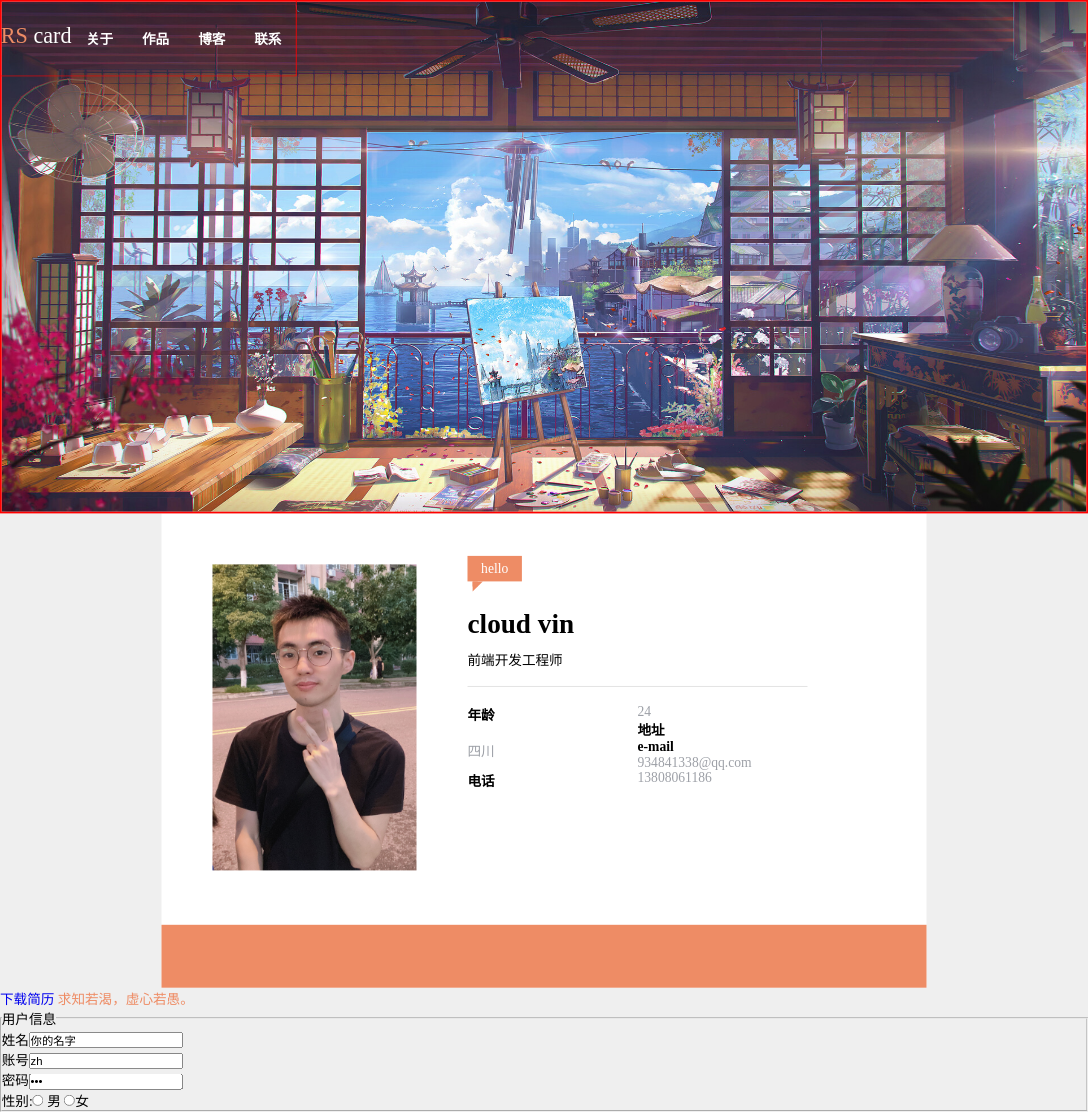
Repository: CloudVin/MyResume
Page: resume.html
The author's editor kept a copy of each file at every save. The page is drawn from the files as they stood at one save, then again after the next save.
The browser window is 1280 px wide. The pictures show the whole page, at 85% of full size.

Above is the page before, as saved 2020-07-05 18:19:50.

### resume.html
<!DOCTYPE html>
<html lang="en">

<head>
    <meta charset="UTF-8">
    <meta name="viewport" content="width=device-width, initial-scale=1.0">
    <title>my resume</title>
    <link rel="stylesheet" href="./style/a.css">
    <script>
        function uncheck() {
            var radio = document.getElementById("nan");
            if (radio.tag == 1) {
                radio.checked = false;
                radio.tag = 0;
            } else {
                radio.checked = true;
                radio.tag = 1;
            }
        }
    </script>
    <script src="http://at.alicdn.com/t/font_1923572_6s8jjadjos.js"></script>
    <style type="text/css">
        .icon {
           width: 1em; height: 1em;
           vertical-align: -0.15em;
           fill: currentColor;
           overflow: hidden;
        }
    </style>
</head>

<body>
    <div class="topNavBar">
        <div class="topNavBar-inner clearfix">
            <a class="logo" href="#" alt="logo" style="float:left;">
                <span class="rs">RS</span>
                <span class="card">card</span>
            </a>

            <nav style="float: right;">

                <ul class="clearfix">
                    <li><a href="#">关于</a>
                    </li>
                    <li><a href="#">作品</a>
                    </li>
                    <li><a href="#">博客</a>
                    </li>
                    <li><a href="#">联系</a>
                    </li>
                </ul>

            </nav>
        </div>
    </div>
    <div class="banner">
        <div class="mask"></div>
    </div>
    <main>
        <div class="userCard">
            <div class="pictureAndText clearfix">
                <div class="picture">
                    <img class="avatar" src="./img/avatar.jpg" alt="头像">
                </div>
                <div class="text">
                    <div class="profile">
                        <span class="welcome">hello</span>
                        <div class="triangle"></div>
                        <h1>cloud vin</h1>
                        <p>前端开发工程师</p>
                        <hr/>
                        <dl>
                            <dt>年龄</dt>
                            <dd>24</dd>
                            <dt>地址</dt>
                            <dd>四川</dd>
                            <dt>e-mail</dt>
                            <dd>934841338@qq.com</dd>
                            <dt>电话</dt>
                            <dd>13808061186</dd>
                        </dl>
                    </div>
                </div>
            </div>
            <footer class="media">
                <a href="#">
                    <svg class="icon" aria-hidden="true">
                        <use xlink:href="#icon-github"></use>
                    </svg>
                </a>
                <a href="#">
                    <svg class="icon" aria-hidden="true">
                        <use xlink:href="#icon-wechat"></use>
                    </svg>
                </a>
                <a href="#">
                    <svg class="icon" aria-hidden="true">
                        <use xlink:href="#icon-ego-blog"></use>
                    </svg>
                </a>
            </footer>
        </div>
        <a class="button" href="#">下载简历</a>
        <a class="test1" href="#">
            求知若渴，虚心若愚。
        </a>
    </main>
    <form>

        <fieldset>
            <legend>用户信息</legend>
            姓名<input type="text" value="你的名字"><br>
            账号<input value="zh"><br>
            密码<input type="password" value="pwd"><br>
            性别:<input type="radio" id="nan" name="radio1" value="male" onclick="uncheck()">
            <lable for="nan">男</lable>
            <input type="radio" id="nv" name="radio1" value="female" onclick="uncheck()"><label for="nv">女</label>
        </fieldset>
    </form>

</body>

</html>

### style/a.css
.clearfix::after{
    content: "";
    display: block;
    clear: both;
}
body{
    background-color: #efefef;
    margin: 0;

}
a{
    text-decoration: none;

}
*{
    margin: 0;
    padding: 0;
}
hr{
    height: 0;
    border: none;
    border-top:1px solid  #dedede;
}
.topNavBar  nav > ul{
    list-style: none;
    margin: 0;
    padding: 0;
}
.topNavBar nav > ul > li{
    float: left;
    margin-left: 17px;
    margin-right: 17px;
}
.topNavBar nav >ul >li >a{
    font-size : 16px;
    color: white;
    text-decoration: none;
    font-weight: bold;
    border-top: 3px solid transparent;
    border-bottom: 3px solid transparent;
    padding-top: 5px;
    padding-bottom: 5px;
    display: block;
}
.topNavBar nav > ul>li>a:hover{
    border-bottom:3px solid #ee8c65;
}
.topNavBar{
    position:fixed;
    padding-top: 24px;
    padding-bottom: 24px;
    z-index: 2;
    top: 0px;
    left: 0px;
    border:1px solid red;

}
.topNavBar .logo{

    font-family: "Cooper Black";
    font-size: 26px;
    padding-top: 3px;
    padding-bottom: 4px;
}
.topNavBar .logo .rs{

    color: #ee8c65;
}
.topNavBar .logo .card{
    color: white;
}
.banner{
    height: 600px;
    background-image: url(./img/ms1.jpg) ;
    background-size:100% 100%;
    z-index: 1;
    position: relative;
    border: 2px solid red;
    margin: 0px;
}
/* .banner .mask{
    height: 600px;
    background-color: rgba(0,0,0,0.5);
} */
.userCard{

    max-width: 900px;

    margin-left: auto;
    margin-right: auto;
    background-color: #ffffff;
}
.avatar{
    height: 360px;
    width: 240px;
    padding: 10px;
}
.welcome{
    background-color: #ee8c65;
    color: white;
    display: inline-block;
    padding: 4px 16px;
    line-height: 22px;
    position: relative;
}
.triangle{
    border:6px solid #ee8c65;
    width: 0px;
    height: 0px;
    border-right-color: transparent;
    border-bottom-color: transparent;
    position: relative;
    left: 6px;
}
.userCard .picture{
    float: left;
}
.userCard .text{
    float: left;
    margin-left: 50px;
    width: 400px;
}
.userCard .pictureAndText{
    padding: 50px;
}
.userCard h1{
    margin-top: 20px;
    margin-bottom: 10px;
}
.userCard .text hr{
margin: 20px 0;
}
.userCard dl dt{
    float: left;
    width: 50%;
    font-weight:bold ;
}
.userCard dl dd{
    float: left;
    width: 50%;
    color: #9da0a7;
}


.userCard .media{
    background-color: #ee8c65;
    text-align: center;
}
.userCard svg{
    width: 30px;
    height: 30px;
    fill: white;
    margin: 10px 10px;
}
.userCard .media a{
    border: 1px solid transparent;
    display: inline-block;
    border-radius: 50%;
    margin: 10px 10px;
}
.userCard .media a:hover{
    background-color: #CF5D5F;
}


.test1{
    cursor: pointer;
    color: #ee8c65;
}
.test1:visited{
    color:pink;
}
.test1:hover{
    color: greenyellow;
    text-decoration: underline;
}

.test1:active{
    color: aqua;
}

After the next save:
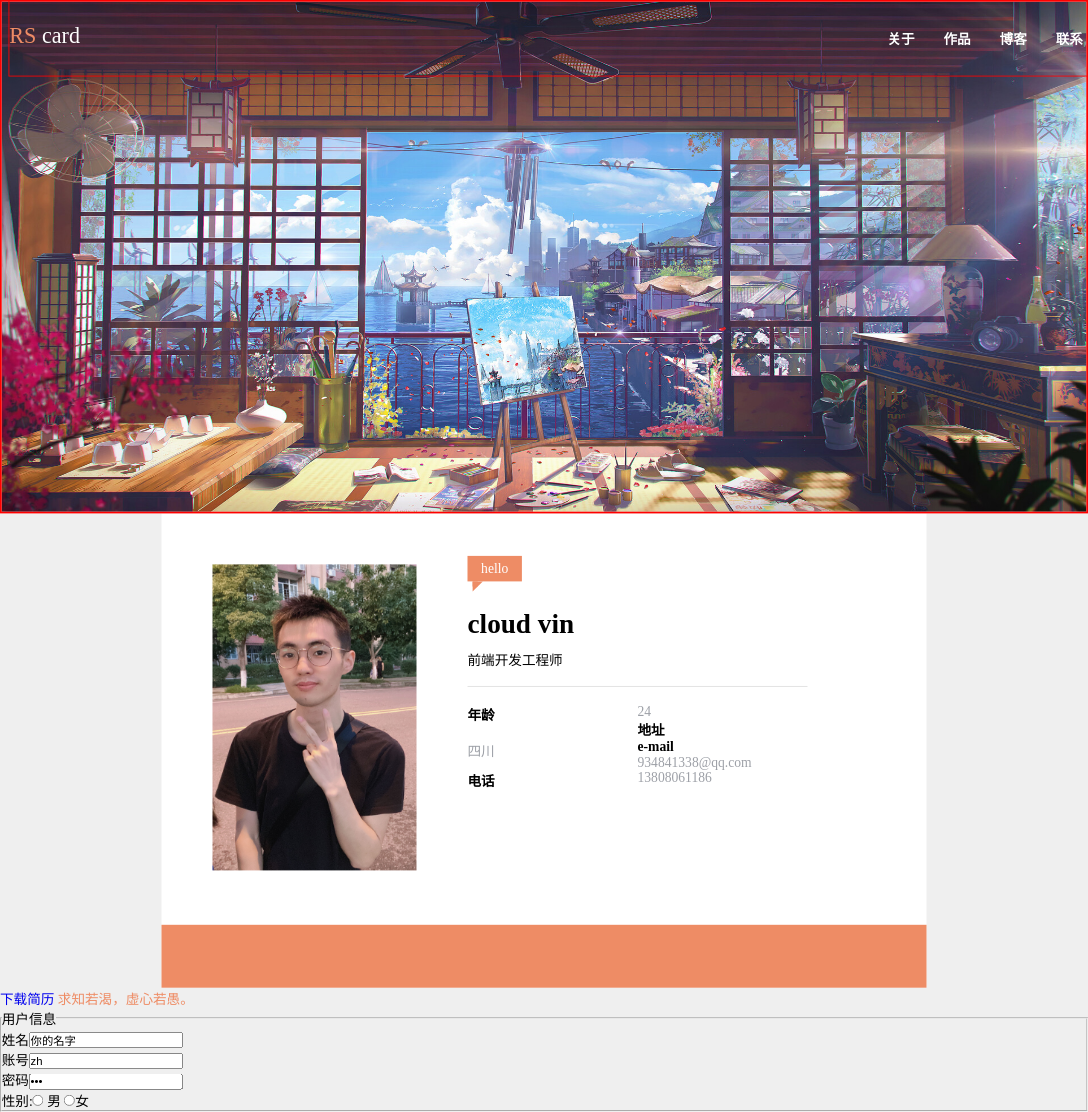
Saved 84 s later.
--- a/style/a.css
+++ b/style/a.css
@@ -47,6 +47,8 @@
 }
 .topNavBar{
     position:fixed;
+    width: 100%;
+    margin: 0px 10px;
     padding-top: 24px;
     padding-bottom: 24px;
     z-index: 2;
